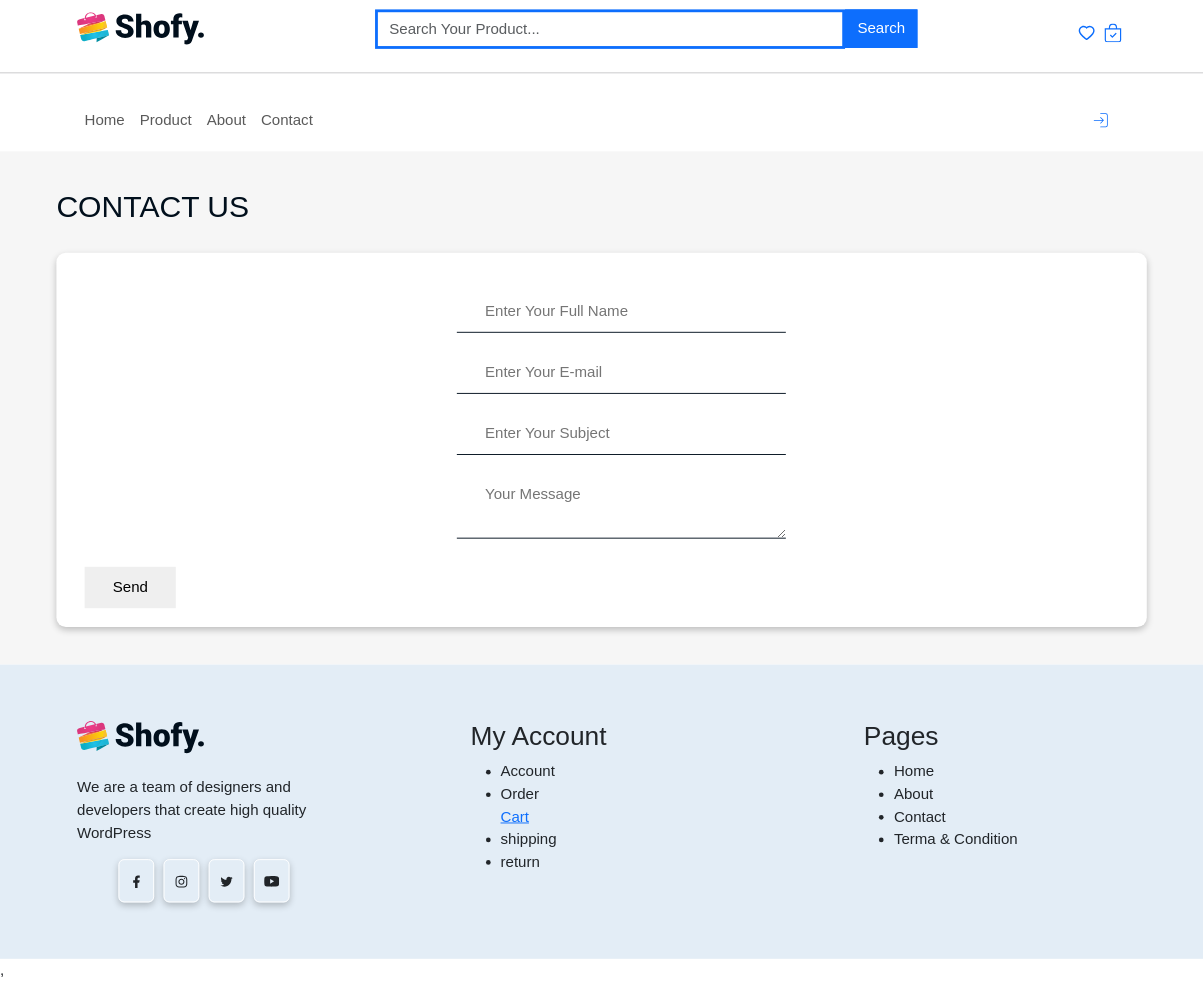
Repository: YomnaWegdan/E-commerce
Page: /contact
These files come from the project's save history. The page is drawn as it stood at one moment and after the next save; the edit follows.
The browser window is 1280 px wide. The pictures show the whole page, at 94% of full size.
The project was rebuilt for these pictures with package versions that can differ from the ones it lists, and the page was loaded fresh each time. Also part of the build but not shown: src/App.css, src/Pages/Home.css, src/Components/HomeProduct.js, src/Pages/Home.js, src/Pages/Product.js, src/Components/Cart/Cart.css, src/Components/Cart/Cart.js.

Above is the page before, as saved 2023-08-09 00:57:10.

### src/index.js
import React from 'react';
import ReactDOM from 'react-dom/client';
import './index.css';
import App from './App';
import reportWebVitals from './reportWebVitals';
import 'bootstrap/dist/css/bootstrap.min.css';
import { Auth0Provider } from '@auth0/auth0-react';
import { ContextProvider } from './Components/Context';

const root = ReactDOM.createRoot(document.getElementById('root'));
root.render(

  <ContextProvider>
  <Auth0Provider
  domain="dev-aamwpxlsfm3npzz6.us.auth0.com"
  clientId="MkjduxuJruldtmeMMgriskirViaGSRSW"
  authorizationParams={{
    redirect_uri: window.location.origin
  }}
>

  <App />
</Auth0Provider>,</ContextProvider>
);

// If you want to start measuring performance in your app, pass a function
// to log results (for example: reportWebVitals(console.log))
// or send to an analytics endpoint. Learn more: https://bit.ly/CRA-vitals
reportWebVitals();

### src/App.js
import { BrowserRouter , Routes , Route} from 'react-router-dom';
import './App.css';
import Navs from './Components/Navbar/Navs';
import Home from './Pages/Home';
import Footer from './Components/Footer/Footer';
import Product from './Pages/Product';
import Cart from './Components/Cart/Cart';
import Contact from './Pages/Contact';

function App() {
  return (
    <BrowserRouter>
    <Navs/>
    <Routes>
    <Route path='/' element={<Home/>}/>
    <Route path='/product' element={<Product/>}/>
    <Route path='/cart' element={<Cart/>}/>
    <Route path='/contact' element={<Contact/>}/>


    </Routes>
    <Footer/>

    </BrowserRouter>
  );
}

export default App;

### src/Components/Context.js
import {createContext  , useContext, useState} from "react"
import Productdetail from "../Pages/Productdetail";

export const Context = createContext(null);
export const useAppContext = () =>{
    const contextVar = useContext(Context);
    if(contextVar === undefined){
        throw new Error('Context must be within ContextProvider');
    }
    return contextVar;
}

export const ContextProvider = ({children}) =>{

    const [product , setProduct] = useState(Productdetail)
    const filterProduct = (product)=>{
        const update = Productdetail.filter((x)=>{
         return( x.Cat=== product )
        })
        setProduct(update)
      }
        const AllProducts = () =>{
          setProduct(Productdetail)
        }

        const searchBtn = (product) => {
    const change = Productdetail.filter((x) =>
    {
      return x.Cat === product
    })
    setProduct(change)
  }

  //Product_detail
  const [detail , setDetail] = useState([])
  const [close , setClose] = useState(false);

  const View = (product)=>{
    setDetail([{...product}])
    setClose(true)
  }

  //Cart
  const [cart , setCart] = useState([])

  const addToCart = (product)=>{
    const exist = cart.find((x)=>{
      return x.id === product.id
    })
    if(exist)
    {
      alert("This Product is already added to cart")
    }else{
      setCart([...cart, {...product, qty:1}])
      alert('Product is added to cart')
    }

  }
  console.log(cart)

  const increment =(product)=>{
    const exist = cart.find((x)=>{
        return x.id === product.id;
    })
    setCart(cart.map((el)=>{
      return el.id === product.id ? {...exist , qty: exist.qty +1}: el
    }))

}
const decrement =(product)=>{
  const exist = cart.find((x)=>{
    return x.id === product.id;
})
setCart(cart.map((el)=>{
  return el.id === product.id ? {...exist , qty: exist.qty -1}: el
}))
}

//Remove cart product
const removeproduct = (product) =>
{
    const exsit = cart.find((x) =>
    {
        return x.id === product.id
    })
    if(exsit.qty > 0)
    {
        setCart(cart.filter((x) =>
        {
            return x.id !== product.id
        }))
    }
}
const Totalprice = cart.reduce((price, item) => price + item.qty * item.Price, 0)


    return(
        <Context.Provider value={{ product , filterProduct, AllProducts , searchBtn , detail , View , close , setClose , addToCart , cart
          ,increment , decrement , removeproduct , Totalprice
         }}>
        {children}
        </Context.Provider>
    )}

### src/Components/Navbar/Navs.js
import { Fragment, useState } from 'react';
import Container from 'react-bootstrap/Container';
import Nav from 'react-bootstrap/Nav';
import Navbar from 'react-bootstrap/Navbar';
import Form from 'react-bootstrap/Form';
import Button from 'react-bootstrap/Button';
import Row from 'react-bootstrap/Row';
import Col from 'react-bootstrap/Col';
import logo from '../../img/logo.svg'
import { AiOutlineUser } from 'react-icons/ai';
import { CiLogin } from 'react-icons/ci';
import { CiLogout } from 'react-icons/ci';
import { AiOutlineHeart } from 'react-icons/ai';
import { BsBagCheck } from 'react-icons/bs';
import './Navs.css'
import { useAuth0 } from "@auth0/auth0-react";
import { useAppContext } from '../Context';
import { NavLink } from 'react-router-dom';

const Navs = () => {
  const { loginWithRedirect, logout , user, isAuthenticated } = useAuth0();
  const [search , setSearch] = useState()
  const {searchBtn} = useAppContext();


  return (
    <Fragment>
    <Navbar expand="lg" className='justify-content-between' >
      <Container>
        <Navbar.Brand href="/"><img src={logo} alt ='Logo'/></Navbar.Brand>
        <Navbar.Toggle aria-controls="basic-navbar-nav" />
        <Navbar.Collapse id="basic-navbar-nav" >
          <Nav className=" w-100 justify-content-center">
          <Form inline >
          <Row>
            <Col xs="auto">
              <Form.Control
                type="text"
                placeholder="Search Your Product..."
                className=" mr-sm-2  w-auto"
                value={search} onChange={(e)=>setSearch(e.target.value)}
              />

            </Col>
            <Col xs="auto" className=' m-sm-0'>
              <Button type="submit" onClick={()=>searchBtn(search)}  >Search</Button>
            </Col>
          </Row>
        </Form>
        </Nav>
        <Nav className=' justify-content-end'>
        {isAuthenticated &&
        (
        <Nav>
          <Nav.Link href="/" ><AiOutlineUser/></Nav.Link>
          <p className=' my-auto me-3' >Hello, {user.name}</p>
        </Nav>
        )}

        <NavLink to ="/"  className='mt-2 mx-1'><AiOutlineHeart/></NavLink>
        <NavLink to="/cart" className='mt-2 mx-1' ><BsBagCheck/></NavLink>

          </Nav>
        </Navbar.Collapse>
      </Container>
    </Navbar>
    <hr/>
    <Navbar expand="lg" >
    <Container>
      <Navbar.Toggle aria-controls="basic-navbar-nav "  />
      <Navbar.Collapse id="basic-navbar-nav" className=' justify-content-between'>
        <Nav className=" justify-content-start">
          <Nav.Link href="/">Home</Nav.Link>
          <Nav.Link href="/product">Product</Nav.Link>
          <Nav.Link href="/about">About</Nav.Link>
          <Nav.Link href="/contact">Contact</Nav.Link>
        </Nav>
        <Nav className="auth  ">
        {isAuthenticated?
                <Button onClick={() => logout({ logoutParams: { returnTo: window.location.origin } })}><CiLogout/></Button>:
                        <Button onClick={() => loginWithRedirect()}><CiLogin/></Button>
        }
        </Nav>
      </Navbar.Collapse>
    </Container>
  </Navbar></Fragment>
  )
}

export default Navs

### src/Components/Footer/Footer.js
import React from 'react'
import logo from '../../img/logo.svg'
import { AiOutlineInstagram } from 'react-icons/ai';
import { RiFacebookFill } from 'react-icons/ri';
import { AiOutlineTwitter } from 'react-icons/ai';
import { BsYoutube } from 'react-icons/bs';
import './Footer.css'
import { Link } from 'react-router-dom';

const Footer = () => {
  return (
    <div className='footer'>
    <div className='container d-flex justify-content-between '>
    <div className='about col-lg-3'>
    <div className='logo'>
        <img src={logo} alt='logo'></img>
    </div>
    <div className='detail'>
                    <p className=' mt-4'>We are a team of designers and developers that create high quality WordPress</p>
                    <div className='icon'>
                        <li><RiFacebookFill /></li>
                        <li><AiOutlineInstagram /></li>
                        <li><AiOutlineTwitter /></li>
                        <li><BsYoutube /></li>
                    </div>
                </div>
    </div>
    <div className='account col-lg-3'>
                <h3>My Account</h3>
                <ul>
                    <li>Account</li>
                    <li>Order</li>
                    <Link to='/cart'>Cart</Link>
                    <li>shipping</li>
                    <li>return</li>
                </ul>
            </div>
            <div className='page col-lg-3'>
                <h3>Pages</h3>
                <ul>
                    <li>Home</li>
                    <li>About</li>
                    <li>Contact</li>
                    <li>Terma & Condition</li>
                </ul>
            </div>
    </div>

    </div>
  )
}

export default Footer

### src/Pages/Contact.js
import React from 'react'
import './Contact.css'
const Contact = () => {
  return (
    <div>
    <div className='contact_container'>
    <div className='contant'>
    <h2>Contact Us</h2>
    <div className='form'>
    <form method='POST'>
    <input type='text' name='Name' value='' placeholder='Enter Your Full Name' required autoComplete='off'/>
    <input type='email' name='E-mail' value='' placeholder='Enter Your E-mail' required autoComplete='off'/>
    <input type='text' name='Subject' value='' placeholder='Enter Your Subject' required autoComplete='off'/>
    <textarea name='Message' value='' placeholder='Your Message' required autoComplete='off'></textarea>
    <button type='submit'>Send</button>

    </form>
    </div>
    </div>
    </div>



    </div>
  )
}

export default Contact

### src/Pages/Productdetail.js
const Productdetail =
[
    {
        id:1,
        Title:"Galaxy Tab S6 Lite 10.4-inch Android Tablet 128GB.",
        Cat: 'Tablet',
        Price: '723',
        Img: require('../img/tp1.jpg')
    },
    {
        id:2,
        Title:"Tracker with IP67 Waterproof Pedometer Smart watch.",
        Cat: 'Smart Watch',
        Price: '168',
        Img: require('../img/tp2.jpg')
    },
    {
        id:3,
        Title:"Cancelling Headphones Wireless.",
        Cat: 'Headphone',
        Price: '49',
        Img: require('../img/tp3.jpg')
    },
    {
        id:4,
        Title:"Professional Camera 4K Digital Video Camera.",
        Cat: 'Camera',
        Price: '1049',
        Img: require('../img/tp4.jpg')
    },
    {
        id:5,
        Title:"Mini Portable PD 22.5W Fast Charging Powerbank.",
        Cat: 'Powerbank',
        Price: '49',
        Img: require('../img/tp5.jpg')
    },
    {
        id:6,
        Title:"CPU Cooler 2 Heat Pipes 12mm 4 Pin PWM RGB for Intel.",
        Cat: 'Electronics',
        Price: '156',
        Img: require('../img/tp6.png')
    },
    {
        id:7,
        Title:"Playstation 4 2TB Slim Gaming Console.",
        Cat: 'Gaming',
        Price: '2098',
        Img: require('../img/tp7.jpg')
    },
    {
        id:8,
        Title:"Mini Portable Mobile Phone Powerbank for iphone.",
        Cat: 'Electronics',
        Price: '386',
        Img: require('../img/tp8.jpg')
    },
    {
        id:9,
        Title:"Microsoft Surface Pro 8-13' Touchscreen.",
        Cat: 'Tablet',
        Price: '693',
        Img: require('../img/p9.jpg')
    },
    {
        id:10,
        Title:"Playstation 4 2TB Slim Gaming Console.",
        Cat: 'Gaming',
        Price: '5036',
        Img: require('../img/p10.jpg')
    },
    {
        id:11,
        Title:"Echo Show 5 (2nd Gen) Adjustable Stand | Charcoal",
        Cat: 'Electronics',
        Price: '198',
        Img: require('../img/p11.jpg')
    },
    {
        id:12,
        Title:"Echo Dot smart speaker",
        Cat: 'Electronics',
        Price: '793',
        Img: require('../img/p12.jpg')
    },
]
export default Productdetail;

### src/Components/Navbar/Navs.css
.navbar input{
    width: 500px !important;
    border: 3px solid #0D6EFD;
    border-radius: 0px !important;
    outline: none !important;


}
.navbar input:focus{
    outline: none !important;
}
.navbar button{
    margin-left: -24px;
    border-radius: 0px !important;
    height: 41px;
}
@media (max-width:1200px) {
    .navbar button{
        margin-left: 0;
    }
    .navbar input{
        width: 260px !important;
    }
}
.navbar svg{
    color: #0D6EFD;
    width: 20px;
    height: 20px;
}

.navbar a:hover{
    color: #0D6EFD;

}
.navbar p{
    width: max-content;
}
.navbar .auth button{
    background-color: white;
    border: none;
    margin: 5px;
}

### src/Components/Footer/Footer.css
.footer{
    background: #e3edf6;
    padding: 60px;
    text-align: start;
}
.footer .detail .icon{
    list-style: none;
    display: flex;
    justify-content: center;

}
.footer .detail .icon li{
    margin-right: 10px;
    border: 1px solid white;
    box-shadow: rgba(0, 0, 0, 0.24) 0px 3px 8px;
    padding: 10px;
    border-radius: 6px;

}
.footer .detail .icon li:hover{
    background-color: #0989ff;
    color: white;
    border: 1px solid #0989ff;
    transition: 0.5s;


}

.footer .account li:hover , .footer .page li:hover{
    color: #0989ff;
    cursor: pointer;
    transition: 0.5s;


}

### src/Pages/Product.css
*
{
    margin: 0;
    padding: 0;
    font-family: sans-serif;
    box-sizing: border-box;
}
.products
{
    padding: 30px 40px;
    width: 100%;

}
.products h3
{
    font-size: 42px;
    letter-spacing: 1px;
    text-transform: uppercase;
    font-weight: 300;
    color: #010f1c;
    margin-left: 4%;

}
.products p
{
    margin-top: 10px;
    color: #9a9a9a;
    margin-left: 4%;

}
.products .container
{
    margin-top: 30px;
    max-width: 100%;
    display: flex;
    justify-content: space-between;
}
.products .container .filter
{
    padding: 20px 30px;
    display: flex;
    justify-content:flex-start;
    flex-wrap: wrap;
}
.products .container .filter .categories h3
{
    color: #010f1c;
    font-size: 16px;
    text-transform: uppercase;
    font-weight: 600;
}
.products .container .filter .categories ul
{
    margin-top: 10px;
}
.products .container .filter .categories ul li
{
    list-style: none;
    margin-top: 20px;
    color: #010f1c;
    cursor: pointer;
}
.products .container .productbox
{
    margin-right: 0%;
    display: flex;
    justify-content: space-between;
    flex-wrap: wrap;
    width: 80%;

}

.products .container .productbox .contant{
    display: flex;
    justify-content:flex-end;
    flex-wrap: wrap;


}
.products .container .productbox .contant .box
{
    padding: 10px 20px;
    overflow: hidden;
    width: 280px;
    height: 400px;
    border: 1px solid #e2e0e0;
    margin-bottom: 20px;
    transition: 0.5s;
    cursor: pointer;
    border-radius: 5px;
    margin-right: 20px;
}
.products .container .productbox .contant .box:hover
{
    box-shadow: rgba(0, 0, 0, 0.24) 0px 3px 8px;
}
.products .container .productbox .contant .box .img_box
{
    display: flex;
    justify-content: space-between;
    border-bottom: 1px solid #e2e0e0;
}
.products .container .productbox .contant .box .img_box img
{
    width: 300px;
    height: 250px;
    margin-right: 50px;
}
.products .container .productbox .contant .box .img_box .icon
{
    z-index: 1;
    position: relative;
    right: 0;
    display: flex;
    flex-direction: column;
    margin-top: 20px;
    transition: 0.5s;
}
.products .container .productbox .contant .box:hover .img_box .icon
{
    transform: translateX(-130px);
}
.products .container .productbox .contant .box .img_box .icon li
{
    list-style: none;
    padding: 10px 10px;
    color: #010f1c;
    cursor: pointer;
    box-shadow: rgba(0, 0, 0, 0.24) 0px 3px 8px;
    background: #fff;
    transition: 0.5s;
    font-size: 18px;
}
.products .container .productbox .contant .box .img_box .icon li:hover
{
    background: #0989ff;
    color: #fff;
}
.products .container .productbox .contant .box .detail
{
    margin-top: 10px;
}
.products .container .productbox .contant .box .detail h3
{
    font-size: 16px;
    margin-top: 5px;
    color: #010f1c;
    transition: 0.5s;
}
.products .container .productbox .contant .box:hover .detail h3
{
    color: #0989ff;
}
.products .container .productbox .contant .box .detail h4
{
    margin-top: 5px;
    font-size: 14px;
    color: #0989ff;
    letter-spacing: 1px;
}

.product_detail
{
    padding: 30px 40px;
    width: 100%;
    height: 120%;
    position: fixed;
    z-index: 2;
    margin-top: -20%;
    background: rgba(0, 0, 0, 0.24);
}
.product_detail .container
{
    margin-top: 15%;
    width: 1000px;
    height: 550px;
    background: #fff;
    padding: 20px 30px;
    border-radius: 10px;
    box-shadow: rgba(0, 0, 0, 0.24) 0px 3px 8px;
}
.product_detail .container .closebtn
{
    margin-left: 100%;
    border: none;
    outline: none;
    background: none;
    font-size: 22px;
    cursor: pointer;
}
.product_detail .container .productbox
{
    max-width: 100%;
    display: flex;
    padding: 20px 30px;
    margin-top: 20px;
    justify-content: space-between;
    margin-top: 60px;
}
.product_detail .container .productbox .img-box
{
    padding: 20px 30px;
    width: 400px;
    height: 350px;
    background: #f1f1f1;
}
.product_detail .container .productbox .img-box img
{
    width: 250px;
    height: 250px;
}
.product_detail .container .productbox .detail
{
    margin-left: 30px;
    margin-top: 10px;
}
.product_detail .container .productbox .detail h4
{
    text-transform: uppercase;
    font-size: 14px;
    font-weight: 200;
    color: #9a9a9a;
    letter-spacing: 1px;
}
.product_detail .container .productbox .detail h2
{
    margin-top: 20px;
    font-size: 32px;
    color: #010f1c;
    text-transform: capitalize;
    letter-spacing: 1px;
}
.product_detail .container .productbox .detail p
{
    margin-top: 10px;
    color: #4a4a4a;
}
.product_detail .container .productbox .detail h3
{
    margin-top: 10px;
    color: #010f1c;
    font-size: 32px;
    letter-spacing: 1px;
}
.product_detail .container .productbox .detail button
{
    margin-top: 30px;
    padding: 15px 60px;
    font-size: 16px;
    color: #fff;
    background: #010f1c;
    transition: 0.5s;
    border: none;
    outline: none;
    cursor: pointer;
}
.product_detail .container .productbox .detail button:hover
{
    background: #0989ff;
}

### src/Pages/Contact.css
.contact_container{
    padding: 30px 40px;
    width: 100%;
    background: #f6f6f6;
}
.contact_container .contant{
    padding: 10px 20px;
    max-width: 100%;
}
.contact_container .contant h2{
    text-transform: uppercase;
    font-size: 32px;
    color: #010f1c;
    font-weight: 200;
}
.contact_container .contant .form{
    margin-top: 30px;
    padding: 20px 30px;
    background: #fff;
    border-radius: 10px;
    box-shadow: rgba(0, 0, 0, 0.24) 0px 3px 8px;

}
.contact_container .contant .form form input , .contact_container .contant .form form textarea{

    padding: 10px 30px;
    border: none;
    outline: none;
    background: none;
    border-bottom: 1px solid #010f1c;
    width: 350px;
    margin-top: 20px;
    margin-left: 36%;
    display: flex;
    justify-content: center;
    align-items:center;
}
.contact_container .contant .form form textarea{

}
.contact_container .contant .form form button{
    padding: 10px 30px;
    border: none;
    outline: none;
    background: ;
    margin-top: 30px;

}

Loaded but not shown: public/index.html (common file); src/index.css (common file); src/reportWebVitals.js (common file)

After the next save:
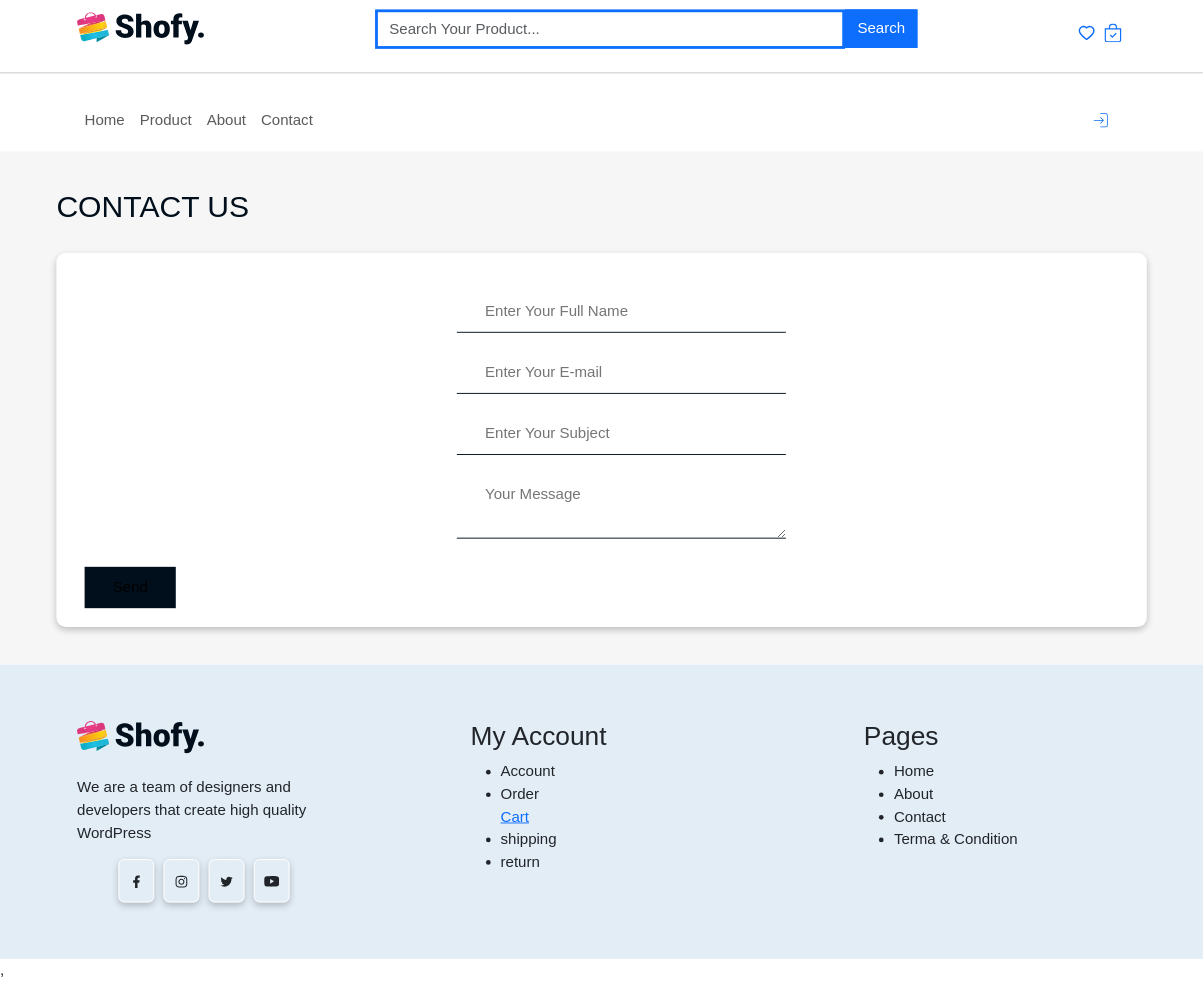
Saved 12 s later.
--- a/src/Pages/Contact.css
+++ b/src/Pages/Contact.css
@@ -42,7 +42,7 @@
     padding: 10px 30px;
     border: none;
     outline: none;
-    background: ;
+    background: #010f1c;
     margin-top: 30px;
 
 }
